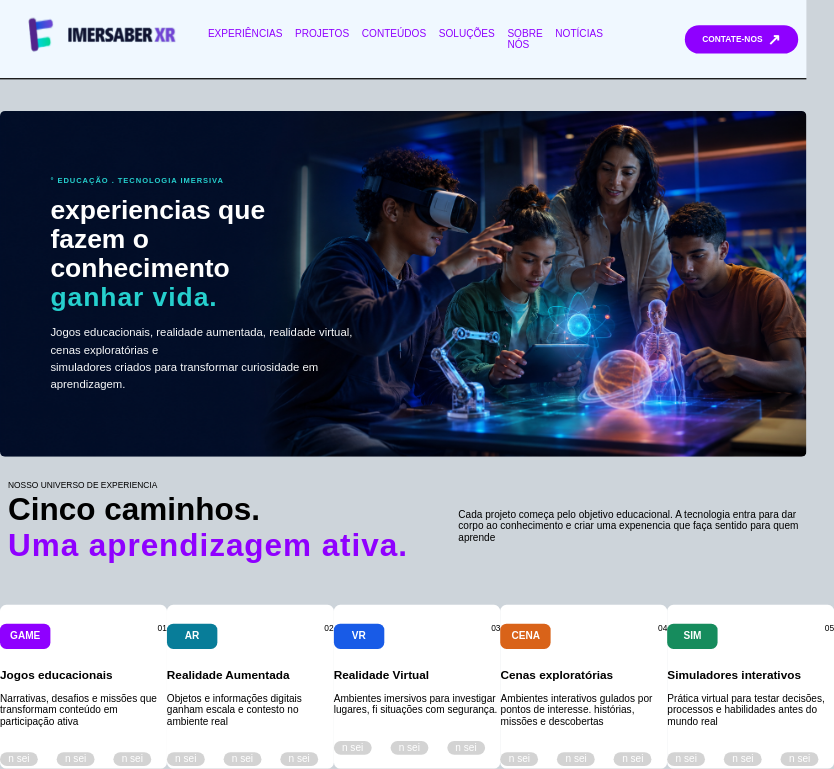
Repository: antonymsantana-design/Avaliacao.Parte.01
Page: html/index.html
An editor plug-in stored every save of this project. The page is shown before and after a run of saves, followed by the edit.
The browser window is 1280 px wide. The page is 1324 px wide, then 1280 px, so the pictures cover 1324 px, including what lies to the right of the window. The pictures show the whole page, at 63% of full size.

Above is the page before, as saved 2026-08-29 21:13:20.

### html/index.html
<!DOCTYPE html>
<html lang="pt-br">

<head>
    <meta charset="UTF-8">
    <meta name="viewport" content="width=device-width, initial-scale=1.0">
    <title>avaliação </title>
    <link rel="stylesheet" href="../css/Style.css">
</head>
<header>
    <div class="conteudoH" id="conteudoH">
        <div class="imagem" id="imagem">
            <img src="../images/Design sem nome.png" alt="logo" class="logoIMG" id="logoIMG">
        </div>
        <div class="links" id="links">
            <a href="#">EXPERIÊNCIAS</a>
            <a href="#">PROJETOS</a>
            <a href="#">CONTEÚDOS</a>
            <a href="#">SOLUÇÕES</a>
            <a href="#">SOBRE NÓS</a>
            <a href="#">NOTÍCIAS</a>
        </div>
        <div class="btnDiv" id="btnDiv">
            <button class="btn" id="btn">
                <div class="btnTxt" id="btnTxt">
                    <p>CONTATE-NOS</p>
                </div>
                <div class="emoji" id="emoji">
                    <p>↗</p>
                </div>
            </button>
        </div>
    </div>
</header>

<body>


    <div class="conteudoBanner">
        <img src="../images/hero-banner-imersaber.png" alt="banner">
        <div class="txtBanner" id="txtBanner">
            <span>° EDUCAÇÃO . TECNOLOGIA IMERSIVA</span>
            <h1>experiencias que <br> fazem o <br> conhecimento <br> <span class="spn">ganhar vida. </span></h1>
            <p>Jogos educacionais, realidade aumentada, realidade virtual, cenas exploratórias e<br>
                simuladores criados para transformar curiosidade em aprendizagem.</p>
        </div>
    </div>

    <BR></BR>

    <div class="titulo" id="titulo">
        <div class="eTitulo">
            <small>NOSSO UNIVERSO DE EXPERIENCIA</small>
            <h1 class="eH1">Cinco caminhos. <br>
                <span>Uma aprendizagem ativa.</span>
            </h1>
        </div>
        <div class="dTitulo">
            <p>Cada projeto começa pelo objetivo educacional. A tecnologia entra para dar <br> corpo ao conhecimento e
                criar uma expenencia que faça sentido para quem <br> aprende</p>
        </div>
    </div>

    <div class="cards">

        <div class="card1">
            <div class="cima">
                <p class="crd1">GAME</p>
                <small>01</small>
            </div>
            <div class="meio">
                <h3>
                    Jogos educacionais
                </h3> <br>
                <p>Narrativas, desafios e missões que transformam conteúdo em participação ativa</p>
            </div>
            <div class="baixo">
                <!-- não consegui ler oque estava escrito nessa parte  -->
                <p> n sei</p>
                <p> n sei</p>
                <p> n sei</p>
            </div>
        </div>

        <div class="card1">
            <div class="cima">
                <p class="crd2">AR</p>
                <small>02</small>
            </div>
            <div class="meio">
                <h3>
                    Realidade Aumentada
                </h3> <br>
                <p>Objetos e informações digitais ganham escala e contesto no
ambiente real</p>
            </div>
            <div class="baixo">
                <p> n sei</p>
                <p> n sei</p>
                <p> n sei</p>
            </div>
        </div>

        <div class="card1">
            <div class="cima">
                <p class="crd3">VR</p>
                <small>03</small>
            </div>
            <div class="meio">
                <h3>
                    Realidade Virtual
                </h3> <br>
                <p>Ambientes imersivos para investigar lugares, fi situações com segurança.</p>
            </div>
            <div class="baixo">
                <p> n sei</p>
                <p> n sei</p>
                <p> n sei</p>
            </div>
        </div>

        <div class="card1">
            <div class="cima">
                <p class="crd4">CENA</p>
                <small>04</small>
            </div>
            <div class="meio">
                <h3>
                    Cenas exploratórias
                </h3> <br>
                <p>Ambientes interativos gulados por pontos de interesse. histórias, missões e descobertas</p>
            </div>
            <div class="baixo">
                <p> n sei</p>
                <p> n sei</p>
                <p> n sei</p>
            </div>
        </div>

        <div class="card1">
            <div class="cima">
                <p class="crd5">SIM</p>
                <small>05</small>
            </div>
            <div class="meio">
                <h3>
                    Simuladores interativos
                </h3> <br>
                <p>Prática virtual para testar decisões, processos e habilidades antes do mundo real</p>
            </div>
            <div class="baixo">
                <p> n sei</p>
                <p> n sei</p>
                <p> n sei</p>
            </div>
        </div>

    </div>

</body>

</html>

### css/Style.css
* {
    padding: 0px;
    margin: 0px;
    font-family: Arial, Helvetica, sans-serif;
}

body{
    background-color: rgb(205, 212, 218);
}

header {
    background-color: aliceblue;
    border-bottom: 2px solid black;
}

.conteudo {
    margin-top: 5px;
}

.conteudoH {
    display: flex;
    justify-content: space-between;
    padding-right: 100px;
    align-items: center;
}

a {
    text-decoration: none;
    color: #8f00ff;
}

.logoIMG {
    width: 330px;
    height: 120px;
}

.links {
    display: flex;
    gap: 20px;
    justify-content: center;
    padding-right: 130px;
}

.btn {
    display: flex;
    justify-content: center;
    width: 180px;
    height: 45px;
    background-color: #8F00FF;
    font-weight: 800;
    border: none;
    border-radius: 25px;
    color: white;
    align-items: center;
    gap: 8px;
}

.emoji {
    font-size: 25px;
}

/*parte banner*/

.txtBanner p {
    margin: 0;
    font-size: 18px;
    color: #f8f9fa;
}

.conteudoBanner {
    position: relative;
    width: 100%;
    margin: 50px auto 0;
}

.conteudoBanner img {
    width: 100%;
    height: auto;
    display: block;
    border-radius: 8px;
}

.txtBanner {
    position: absolute;
    top: 50%;
    left: 80px;
    color: white;
    transform: translateY(-50%);
    max-width: 500px;
    font-family: sans-serif;
}

span {
    font-size: 12px;
    letter-spacing: 1.5px;
    font-weight: bold;
    color: #26d0ce;
    display: block;
    margin-bottom: 15px;
}

.txtBanner h1 {
    font-size: 42px;
    font-weight: 800;
    line-height: 1.1;
    margin: 0 0 20px 0;
}

.spn {
        font-size: 42px;
    color: #26d0ce;
}

.txtBanner {
    font-size: 14px;
    line-height: 1.5;
}

/*parte 3*/

.titulo{
    display: flex;
    justify-content: center;
    gap: 80px;
    margin-bottom: 50px;
}

.dTitulo{
    display: flex;
    justify-content: center;
    align-items: center;
}

.eH1{
    font-size: 50px;
}

.eH1 span{
    color: #8F00FF;
   font-size: 50px;
}

.card1{
    padding-top: 30px;
    width: 360px;
    height: 230px;
    background-color: white;
    border-radius: 10px;
}

.cima{
    display: flex;
    justify-content: space-around;
    gap: 170px;
    margin-bottom: 30px;
}

.cima p{
    color: white;
    width: 80px;
    height: 40px;
    border-radius: 10px;
    display: flex;
    justify-content: center;
    align-items: center;
    font-weight: bold;
}

.baixo{
    display: flex;
    justify-content: left;
    align-items: center;
    gap: 30px;
    color: white;
}

.meio{
    margin-bottom: 40px;
}

.baixo p{
    background-color: lightgrey;
    width: 60px;
    height: 22px;
    border-radius: 15px;
     display: flex;
    justify-content: center;
    align-items: center;
}

.cards{
    display: flex;
    grid-template-columns: repeat(3, 240px);
}

.crd1{
    background-color: #8F00FF;
}

.crd2{
    background-color: #087D99;
}

.crd3{
    background-color: #185BE7;
}

.crd4{
    background-color: #D96319;
}

.crd5{
    background-color: #168C5D;
}

After the next 6 saves:
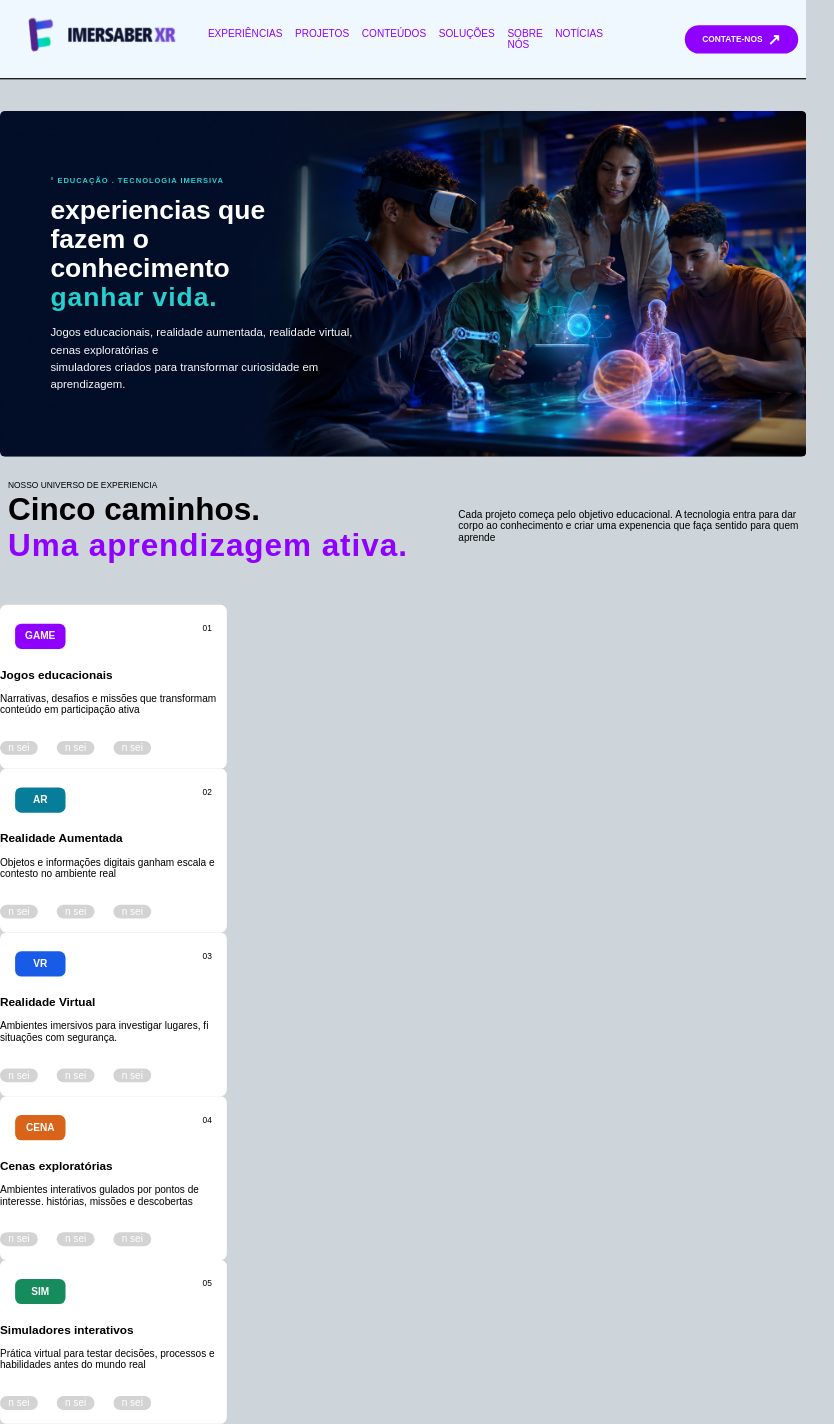
The 6 saves are shown as one change because they came seconds apart.
The last was saved 23 s later.
--- a/css/Style.css
+++ b/css/Style.css
@@ -189,7 +189,7 @@ span {
 }
 
 .cards{
-    display: flex;
+    display: table-row;
     grid-template-columns: repeat(3, 240px);
 }
 
